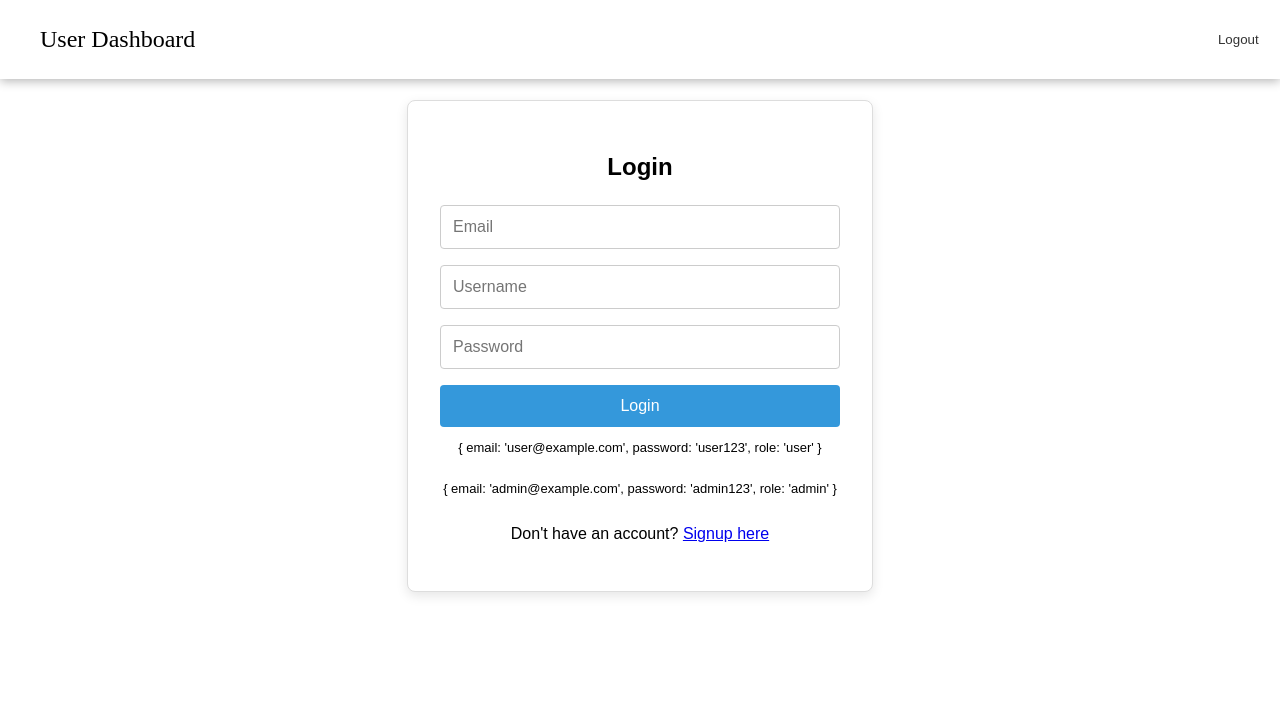
Repository: Edmund-Kiama/todoPHP
Page: / (app in task-manager-frontend/)
The author's editor kept a copy of each file at every save. The page is drawn from the files as they stood at one save, then again after the next save.
The browser window is 1280 px wide. The pictures show the whole page.
The project was rebuilt for these pictures with package versions that can differ from the ones it lists, and the page was loaded fresh each time. Also part of the build but not shown: task-manager-frontend/vite.config.js, task-manager-frontend/src/components/Admin/admin.css, task-manager-frontend/src/components/Admin/AdminDashboard.vue, task-manager-frontend/src/components/User/user.css, task-manager-frontend/src/components/User/UserDashboard.vue, task-manager-frontend/src/components/Auth/signup.css, task-manager-frontend/src/components/Auth/Signup.vue.

Above is the page before, as saved 2025-07-12 22:52:17.

After the next save:
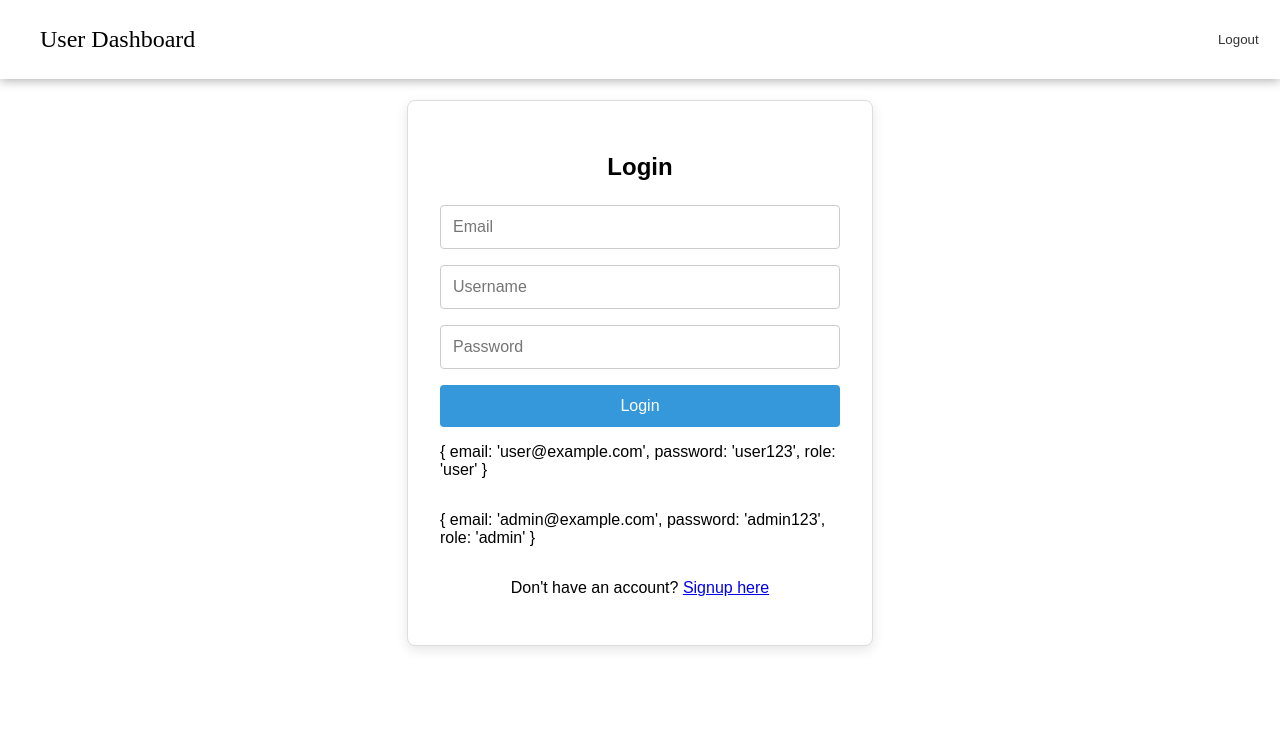
Saved 23 s later.
--- a/task-manager-frontend/src/components/Auth/login.css
+++ b/task-manager-frontend/src/components/Auth/login.css
@@ -50,6 +50,7 @@
 .login-container .toggle {
   text-align: center;
 }
+.login-container
 .login-container .descr {
   text-align: center;
   font-size: 13px;

After the 2 saves that followed:
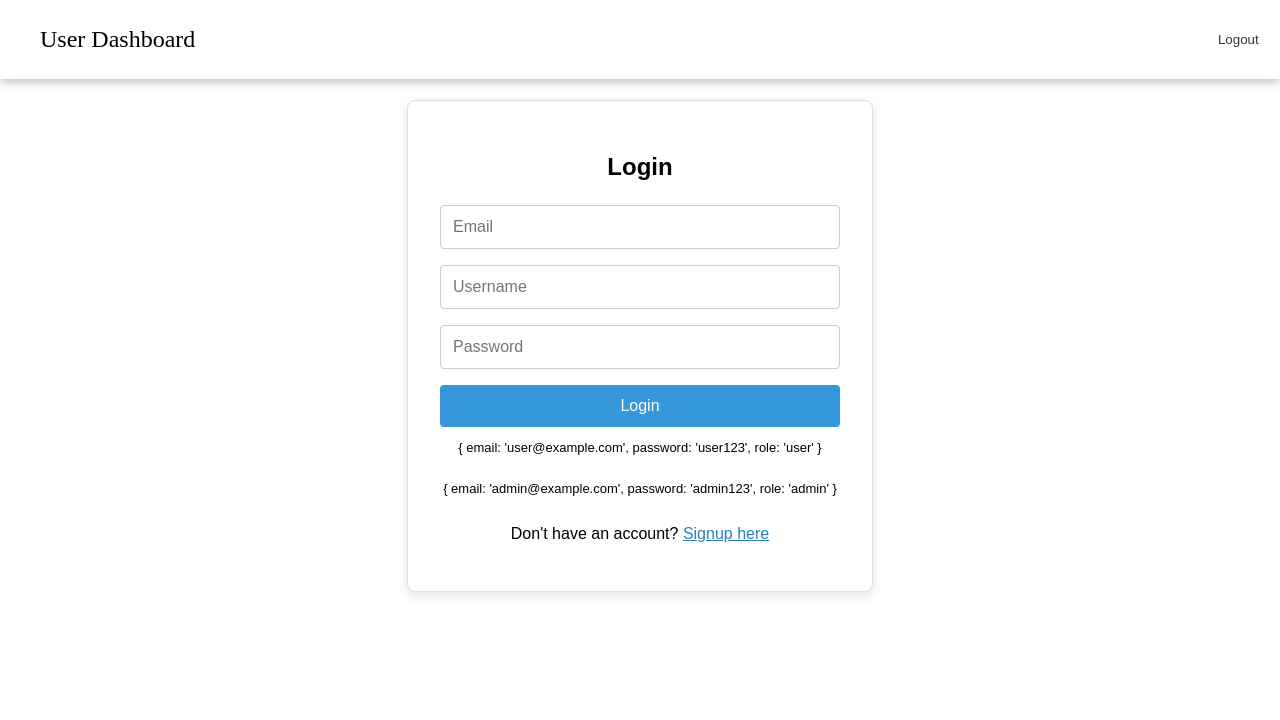
The 2 saves are shown as one change because 1 left the picture as it was.
The last was saved 27 s later.
--- a/task-manager-frontend/src/components/Auth/Login.vue
+++ b/task-manager-frontend/src/components/Auth/Login.vue
@@ -38,7 +38,7 @@
             <p class="descr">{ email: 'admin@example.com', password: 'admin123', role: 'admin' }</p>
             <p class="toggle">
                 Don't have an account?
-                <router-link to="/">Signup here</router-link>
+                <router-link to="/" class="link">Signup here</router-link>
             </p>
         </form>
     </div>
--- a/task-manager-frontend/src/components/Auth/login.css
+++ b/task-manager-frontend/src/components/Auth/login.css
@@ -50,7 +50,9 @@
 .login-container .toggle {
   text-align: center;
 }
-.login-container
+.login-container .link {
+  color:  #2980b9;
+}
 .login-container .descr {
   text-align: center;
   font-size: 13px;
